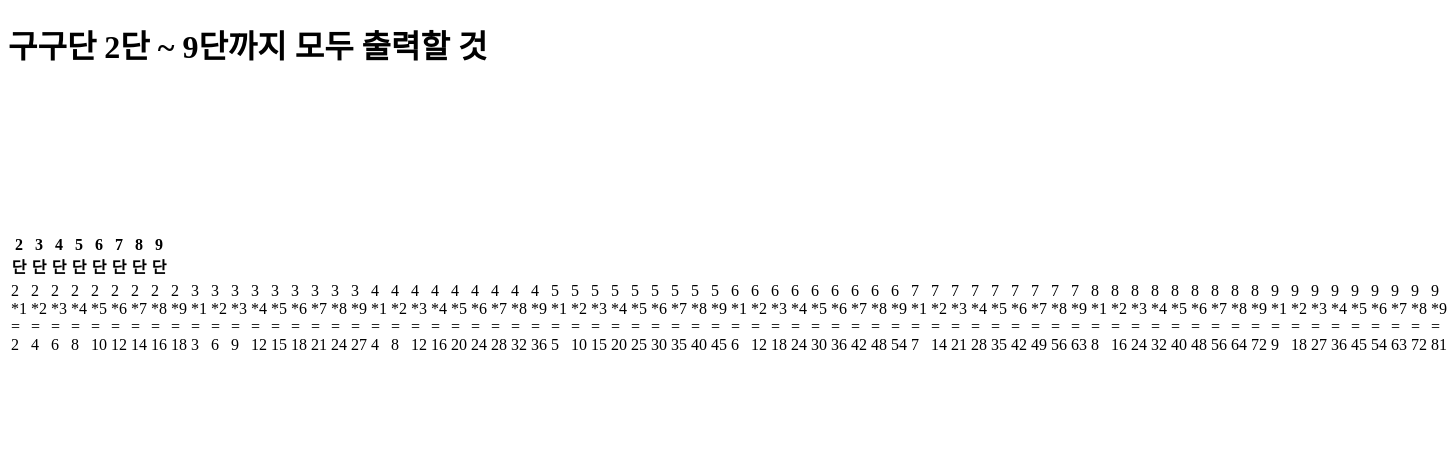
Repository: junirang330/Jsp2026
Page: http://localhost/chapter01/test02.jsp
These files come from the project's save history. The page is drawn as it stood at one moment and after the next save; the edit follows.
The browser window is 1280 px wide. The page is 1450 px wide, then 1280 px, then 1450 px, so the pictures cover 1450 px, including what lies to the right of the window. The pictures show the whole page.
The page is served by Tomcat 9.

Above is the page before, as saved 2026-10-16 04:18:22.

### chapter01/src/main/webapp/test02.jsp
<%@ page language="java" contentType="text/html; charset=UTF-8"
    pageEncoding="UTF-8" import="java.util.*" %>
<!DOCTYPE html>
<html>
<head>
<meta charset="UTF-8">
<title>Insert title here</title>
</head>
<body>
	<h1>구구단 2단 ~ 9단까지 모두 출력할 것</h1>
	<table>
	<tr>
	<% for(int i = 2; i<=9; i++){ %>
	<th>
	<%= i + "단" %>
	</th>
	<% } %>
	</tr>
	<% for(int i = 2; i<=9; i++){ %>
	<% for(int j = 1; j<=9; j++){ %>
	<!-- <tr> -->
	<td>
		<%=i %> *<%=j %> = <%= i*j %><br/>

	</td>
	<!-- </tr> -->
	<%

		}
	%>
	<br/>
	<%
		}

	%>
	</table>
</body>
</html>

After the next save:
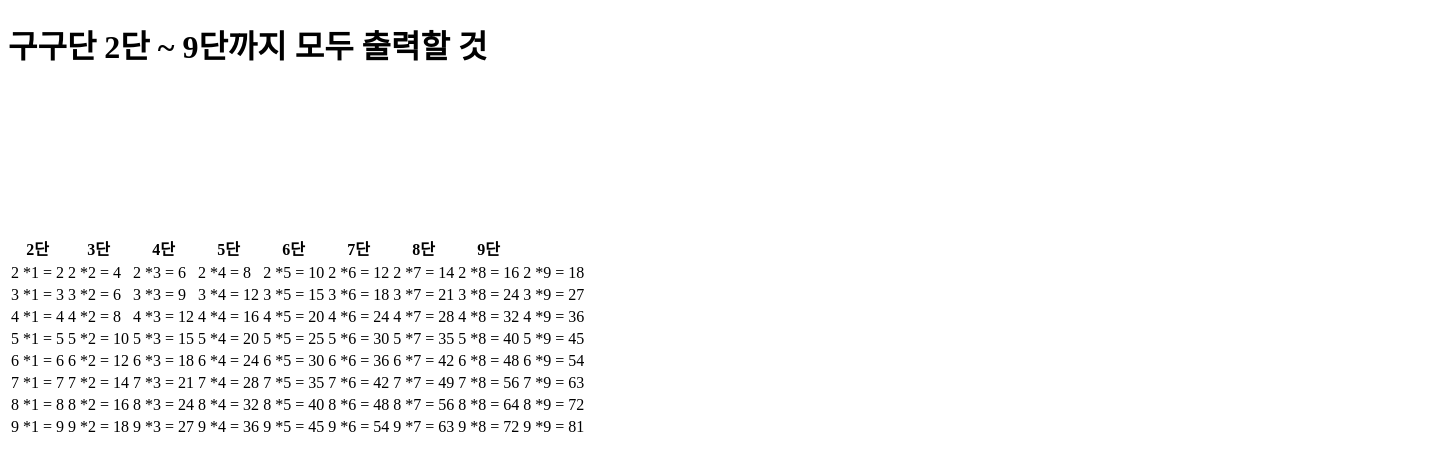
Saved 47 s later.
--- a/chapter01/src/main/webapp/test02.jsp
+++ b/chapter01/src/main/webapp/test02.jsp
@@ -17,8 +17,8 @@
 	<% } %>
 	</tr>
 	<% for(int i = 2; i<=9; i++){ %>
+	<tr>
 	<% for(int j = 1; j<=9; j++){ %>
-	<!-- <tr> -->
 	<td>
 		<%=i %> *<%=j %> = <%= i*j %><br/>
 

After the 2 saves that followed:
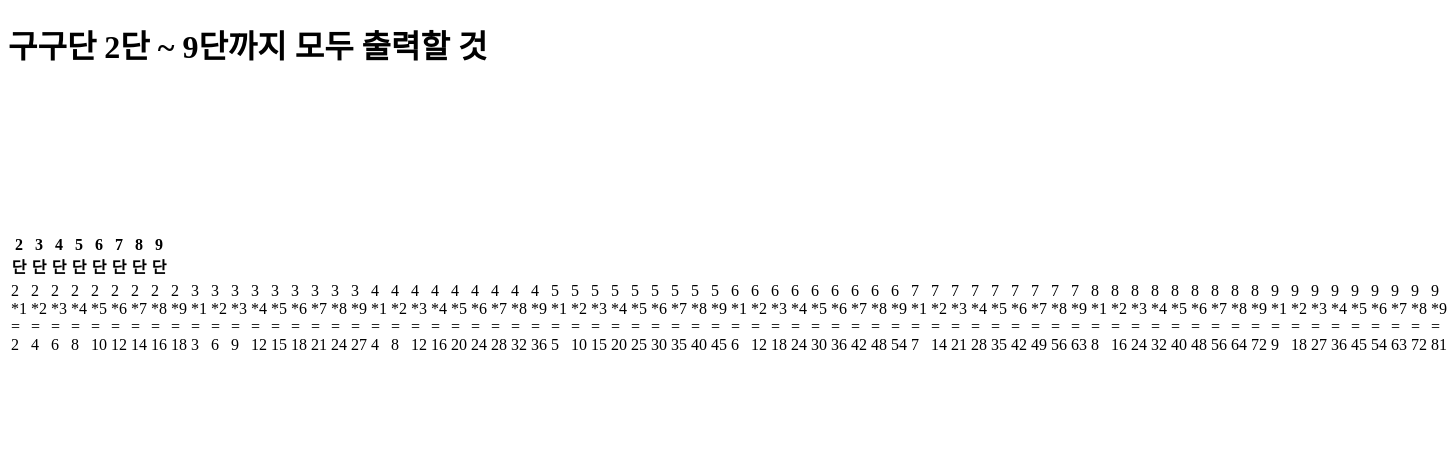
The 2 saves are shown as one change because 1 left the picture as it was.
The last was saved 47 s later.
--- a/chapter01/src/main/webapp/test02.jsp
+++ b/chapter01/src/main/webapp/test02.jsp
@@ -17,17 +17,17 @@
 	<% } %>
 	</tr>
 	<% for(int i = 2; i<=9; i++){ %>
-	<tr>
+	<!-- <tr> -->
 	<% for(int j = 1; j<=9; j++){ %>
 	<td>
 		<%=i %> *<%=j %> = <%= i*j %><br/>
 
 	</td>
-	<!-- </tr> -->
 	<%
 
 		}
 	%>
+	<!-- </tr> -->
 	<br/>
 	<%
 		}
